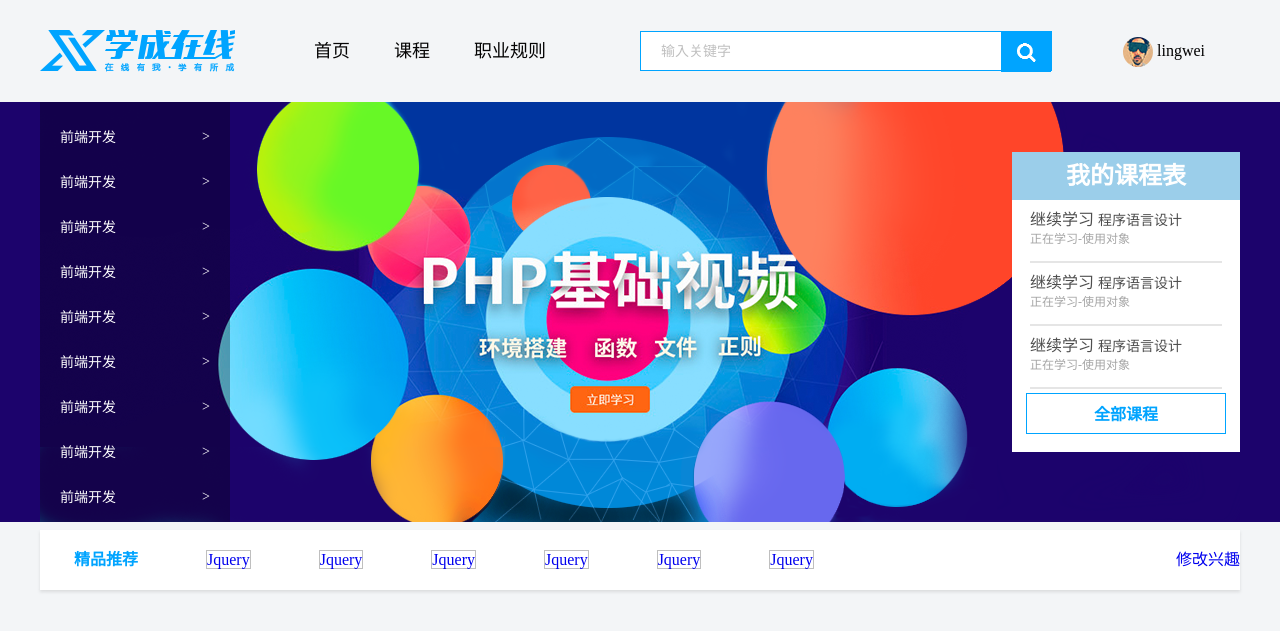
Repository: DengBiHua/xcdx
Page: index.html
An editor plug-in stored every save of this project. The page is shown before and after the next save, followed by the edit.
The browser window is 1280 px wide. The pictures show the whole page.

Above is the page before, as saved 2022-04-15 09:24:40.

### index.html
<!DOCTYPE html>
<html lang="en">
<head>
    <meta charset="UTF-8">
    <meta http-equiv="X-UA-Compatible" content="IE=edge">
    <meta name="viewport" content="width=device-width, initial-scale=1.0">
    <title>学成在线</title>
    <link rel="stylesheet" href="css/index.css">
</head>
<body>
    <!-- 头部 -->
    <div class="header wrapper">
        <h1>
            <a href="#">
                <img src="images/logo.png" alt="">
            </a>
        </h1>
        <!-- 导航 -->
        <div class="nav">
            <ul>
                <li><a href="#">首页</a></li>
                <li><a href="#">课程</a></li>
                <li><a href="#">职业规则</a></li>
            </ul>
        </div>
        <!-- 搜索 -->
        <div class="search">
            <input type="text" placeholder="输入关键字">
            <button></button>
        </div>
        <!-- 用户 -->
        <div class="user">
            <img src="./images/user.png" alt="">
            <span>lingwei</span>
        </div>
    </div>
    <div class="banner">
        <div class="wrapper">
            <div class="left">
                <ul>
                    <li><a href="#">前端开发<span>></span></a></li>
                    <li><a href="#">前端开发<span>></span></a></li>
                    <li><a href="#">前端开发<span>></span></a></li>
                    <li><a href="#">前端开发<span>></span></a></li>
                    <li><a href="#">前端开发<span>></span></a></li>
                    <li><a href="#">前端开发<span>></span></a></li>
                    <li><a href="#">前端开发<span>></span></a></li>
                    <li><a href="#">前端开发<span>></span></a></li>
                    <li><a href="#">前端开发<span>></span></a></li>
                </ul>
            </div>
            <div class="right">
                <h2>我的课程表</h2>
                <div class="content">
                    <dl>
                        <dt>
                            <span class="titleLeft">继续学习</span>
                            <span class="titleRight">程序语言设计</span>
                        </dt>
                        <dd>正在学习-使用对象</dd>
                    </dl>
                    <dl>
                        <dt>
                            <span class="titleLeft">继续学习</span>
                            <span class="titleRight">程序语言设计</span>
                        </dt>
                        <dd>正在学习-使用对象</dd>
                    </dl>
                    <dl>
                        <dt>
                            <span class="titleLeft">继续学习</span>
                            <span class="titleRight">程序语言设计</span>
                        </dt>
                        <dd>正在学习-使用对象</dd>
                    </dl>
                </div>
                <a href="#" class="all">全部课程</a>
            </div>
        </div>
    </div>
    <!-- 精品推荐 -->
    <div class="recommend wrapper">
        <h2>精品推荐</h2>
        <ul>
            <li><a href="#">Jquery</a></li>
            <li><a href="#">Jquery</a></li>
            <li><a href="#">Jquery</a></li>
            <li><a href="#">Jquery</a></li>
            <li><a href="#">Jquery</a></li>
            <li><a href="#">Jquery</a></li>
        </ul>
        <a href="#" class="interest">修改兴趣</a>
    </div>
</body>
</html>

### css/index.css
/* css代码顺序
1、浮动/display
2、盒子模型
3、文字样式
 */

/* 通用模版 */
* {
    margin: 0;
    padding: 0;
    /* 内减模式 */
    box-sizing: border-box;
}
li {
    /* 清除列表前方小圆点 */
    list-style-type: none;
}
a {
    /* 去除超链接文字的下划线 */
    text-decoration: none;
}
.clearfix::before,.clearfix::after {
    content: "";
    display: table;
}
.clearfix::after {
    clear: both;
}

/* 版心 */
.wrapper {
    width: 1200px;
    margin: 0 auto;
}

body {
    background-color: #f3f5f7;
}

/* 头部 */
.header {
    height: 42px;
    margin: 30px auto;
}

h1 {
    float: left;
}

/* 导航 */
.nav {
    float: left;

    height: 42px;
    margin-left: 70px;
}

.nav li {
    float: left;

    margin-right: 26px;
}

.nav li a {
    display: block;

    padding: 0 9px;
    height: 42px;
    line-height: 42px;

    font-size: 18px;
    color: #050505;
}

.nav li a:hover {
    border-bottom: 2px solid #00a4ff;
}

.search {
    float: left;
    margin-left: 59px;
    margin-top: 1px;
    width: 412px;
    height: 40px;
    border: 1px solid #00a4ff;
}

.search input {
    float: left;
    padding-left: 20px;
    width: 360px;
    height: 38px;
    border: 0;
}

.search input::placeholder {
    font-size: 14px;
    color: #bfbfbf;
}

.search button {
    float: left;
    width: 50px;
    height: 40px;
    background-image: url(../images/btn.png);
    border: 0;
}

.user {
    float: right;
    margin-right: 35px;
    height: 42px;
    line-height: 42px;
}

.user img {
    /* 调节图片垂直方向对齐方式 */
    vertical-align: middle;
}

.banner {
    height: 420px;
    background-color: #1c036c;
}

.banner .wrapper {
    height: 420px;
    background-image: url(../images/banner2.png);
}

.banner .left {
    float: left;
    padding: 0 20px;
    width: 190px;
    height: 420px;
    background-color: rgba(0, 0, 0, 0.3);
    line-height: 44px;
}

.banner ul {
    margin-top: 13px;
}

.banner a {
    font-size: 14px;
    color: #ffffff;
}

.banner a:hover {
    color: #00b4ff;
}

.banner .left span {
    float: right;
}

.banner .right {
    float: right;
    margin-top: 50px;
    width: 228px;
    height: 300px;
    background-color: #ffffff;
}

.banner .right h2 {
    height: 48px;
    background-color: #9bceea;
    font: 18px;
    color: #ffffff;
    text-align: center;
    line-height: 48px;
}

.banner .content {
    padding: 0 18px;
}

.banner .right dl {
    padding: 12px 0;
    border-bottom: 2px solid #e5e5e5;
}

.banner .right .content dt {
    color: #4e4e4e;
    line-height: 16px;
}

.banner .right .titleLeft {
    font-size: 16px;
}

.banner .right .titleRight {
    font-size: 14px;
}

.banner .right .content dd {
    color: #a5a5a5;
    font-size: 12px;
    line-height: 20px;
}

.banner .right .all {
    display: block;
    margin: 4px auto 0;
    width: 200px;
    height: 41px;
    border: 1px solid #00a4ff;
    font-weight: 700;
    font-size: 16px;
    color: #00a4ff;
    text-align: center;
    line-height: 41px;
}

.recommend {
    margin-top: 8px;
    height: 60px;
    background-color: #ffffff;
    box-shadow: 0px 2px 3px 0px rgba(118, 118, 118, 0.2);
    line-height: 60px;
}

.recommend h2 {
    float: left;
    width: 132px;
    text-align: center;
    font-size: 16px;
    font-weight: bold;
    color: #00a4ff;
}

.recommend ul {
    float: left;
}

.recommend ul li {
    float: left;
    padding: 0 34px;
}

.recommend ul li a {
    border: 1px solid #bfbfbf;
}

.recommend .interest {
    float: right;
}

After the next save:
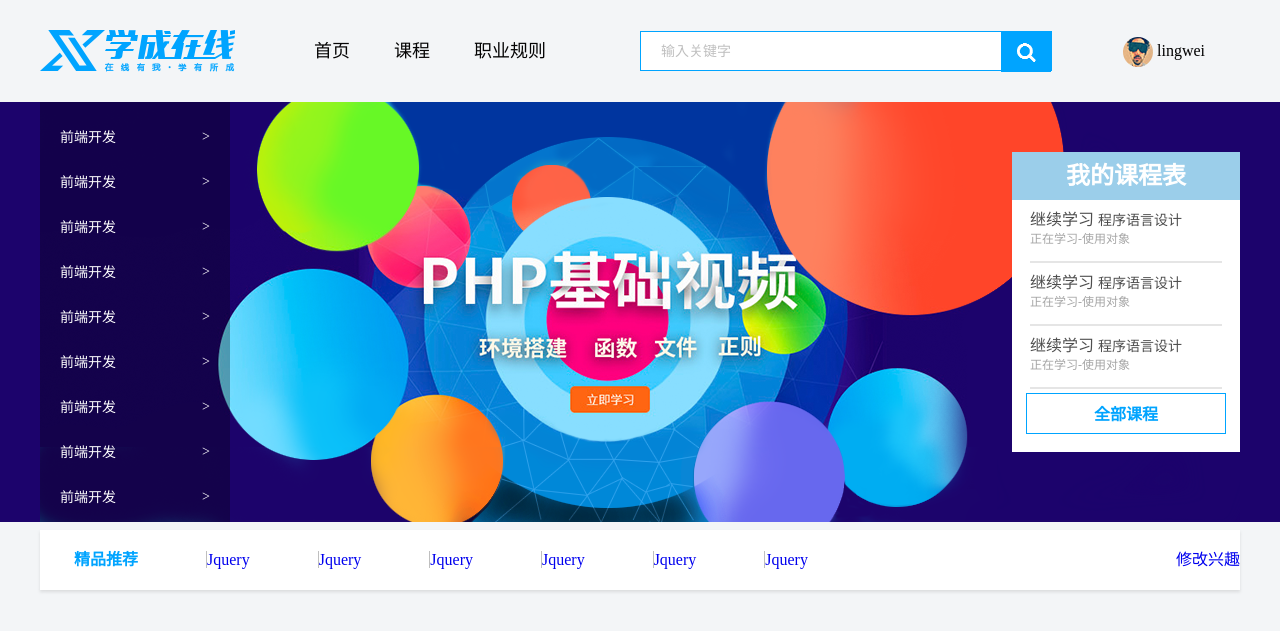
Saved 5 s later.
--- a/css/index.css
+++ b/css/index.css
@@ -239,7 +239,7 @@
 }
 
 .recommend ul li a {
-    border: 1px solid #bfbfbf;
+    border-left: 1px solid #bfbfbf;
 }
 
 .recommend .interest {
